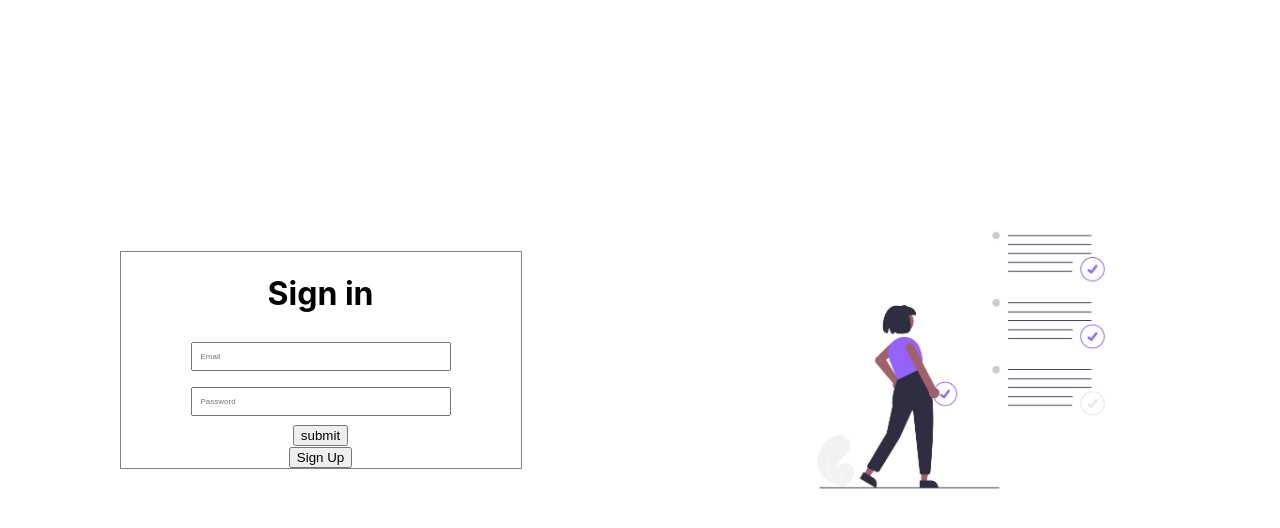
Repository: EEOOOO/wanted-pre-onboarding-fe
Page: / (app in to-do-list-app/)
The author's editor kept a copy of each file at every save. The page is drawn from the files as they stood at one save, then again after the next save.
The browser window is 1280 px wide. The pictures show the whole page.
The project was rebuilt for these pictures with package versions that can differ from the ones it lists, and the page was loaded fresh each time. Also part of the build but not shown: to-do-list-app/src/components/sign_in/sign_in.module.css, to-do-list-app/src/components/sign_up/sign_up.module.css, to-do-list-app/src/components/sign_up/sign_up.jsx, to-do-list-app/src/components/todoList/todo_list.jsx.

Above is the page before, as saved 2022-08-22 00:06:49.

After the next save:
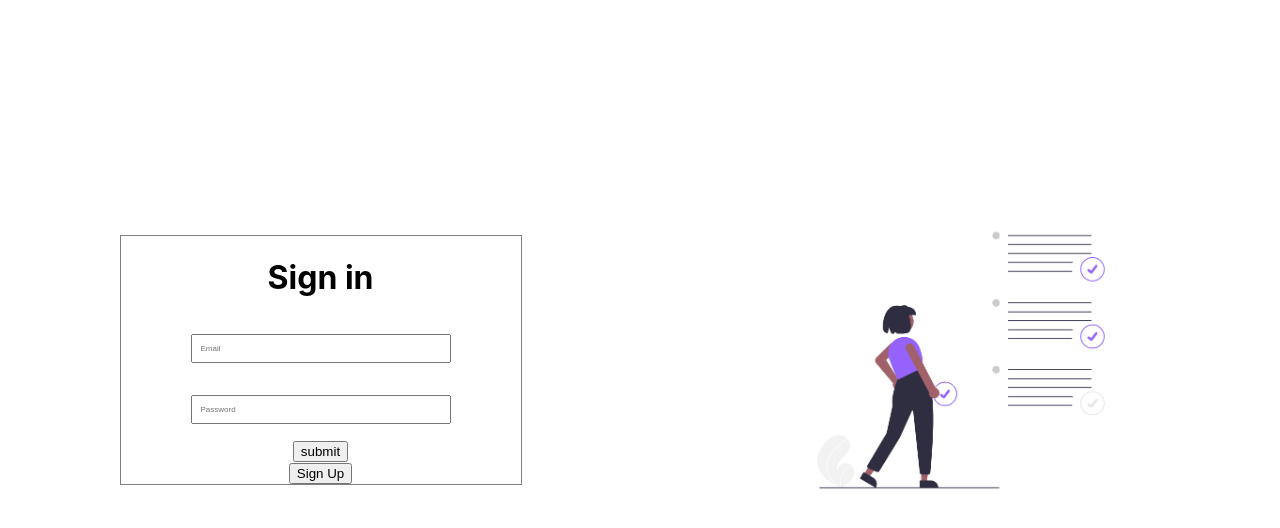
Saved 9 s later.
--- a/to-do-list-app/src/components/login_input_form/login_input_form.module.css
+++ b/to-do-list-app/src/components/login_input_form/login_input_form.module.css
@@ -8,5 +8,5 @@ input {
   width: 60%;
   font-size: 0.5rem;
   padding: 0.5rem;
-  margin: 0.5rem;
+  margin: 1rem;
 }
